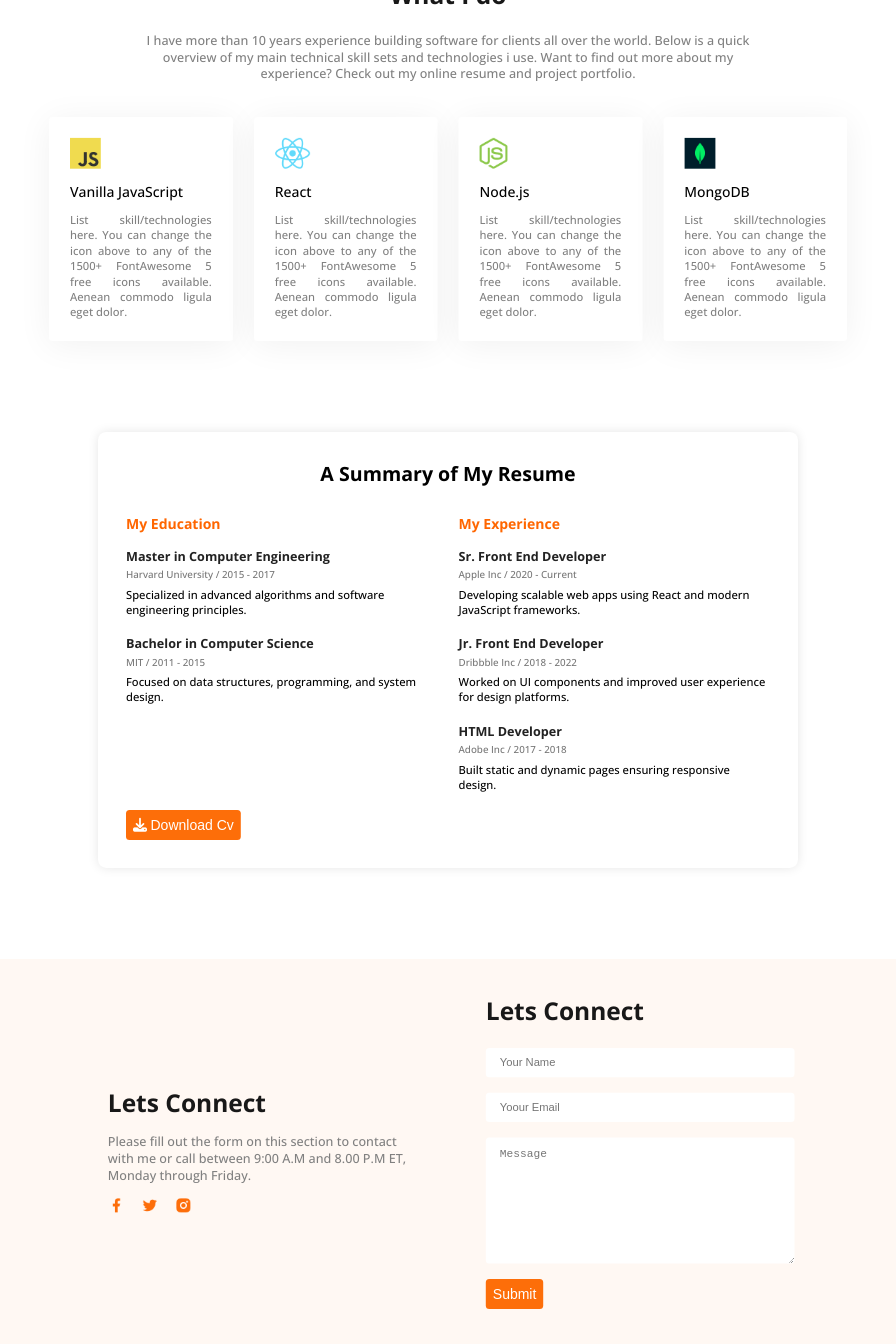
Repository: nahid-hasann/website-1
Page: index.html
These files come from the project's save history. The page is drawn as it stood at one moment and after the next save; the edit follows.
The browser window is 1280 px wide. The pictures show the part of the page from y = 1660 to 3580 px (the page is 3580 px tall before and 3543 px after), at 70% of full size.

Above is the page before, as saved 2025-07-08 14:57:15.

After the next save:
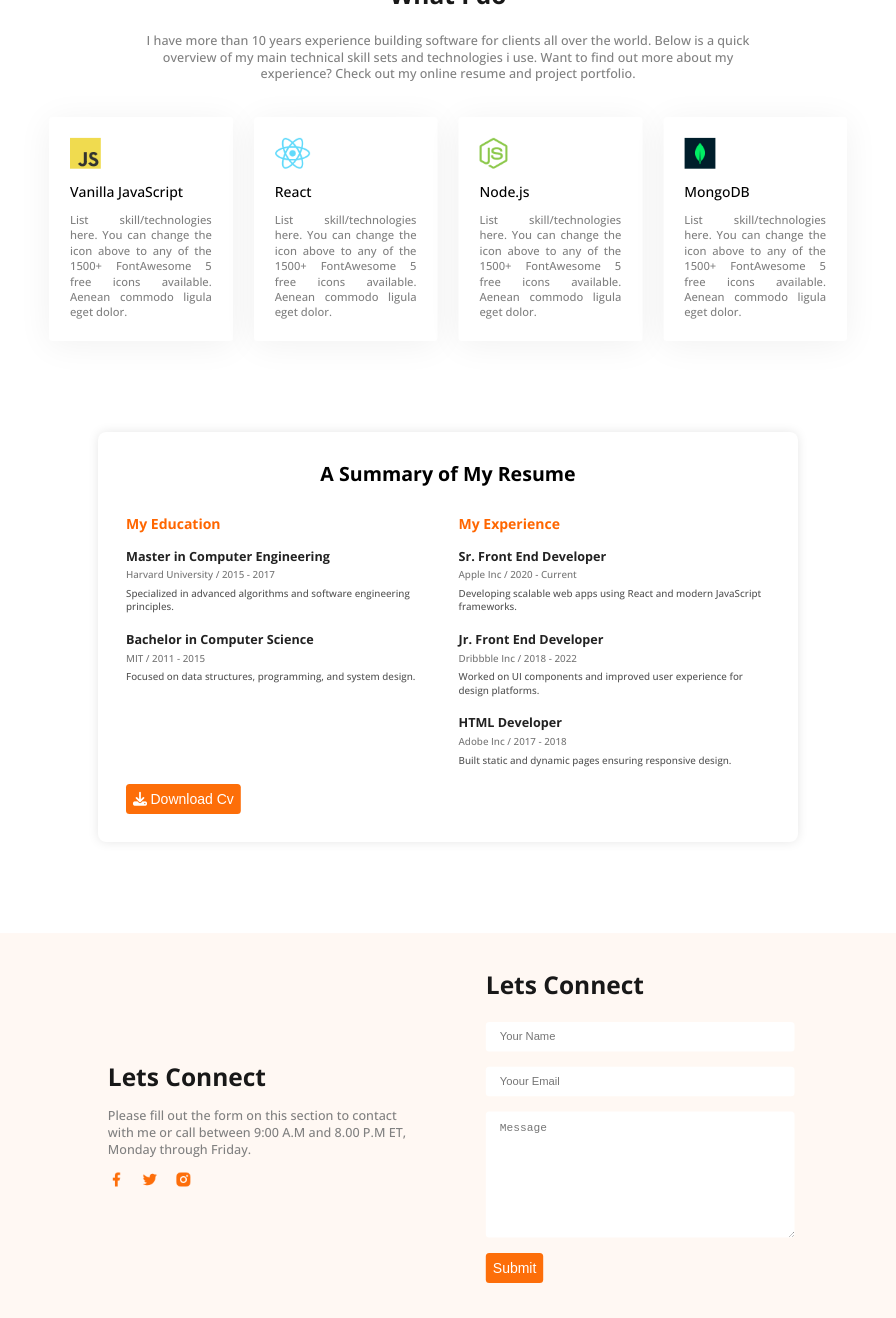
Saved 4 s later.
--- a/style.css
+++ b/style.css
@@ -289,7 +289,7 @@ h2 {
   margin-bottom: 8px;
 }
 
-.item p {
+.item-m p {
   margin: 0;
   font-size: 14px;
   color: #555;
